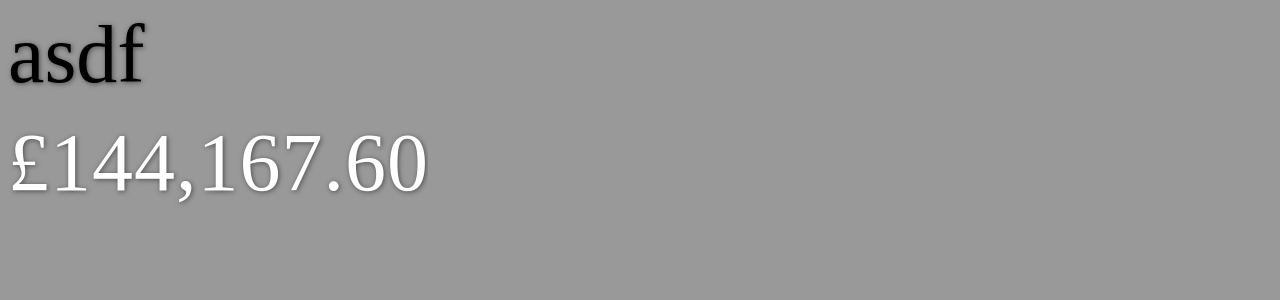
Repository: LOUISINTERNET/bounty
Page: examples/index.html
These files come from the project's save history. The page is drawn as it stood at one moment and after the next save; the edit follows.
The browser window is 1280 px wide. The pictures show the whole page.
Some web fonts or font styles are not loaded; a fallback is used.

Above is the page before, as saved 2022-01-25 11:05:02.

### examples/index.html
<!doctype html>
<html lang="en">

<head>
  <meta charset="utf-8">
  <title>bounty</title>
  <meta http-equiv="X-UA-Compatible" content="IE=edge,chrome=1">
  <meta name="author" content="Coderitual">
  <meta name="description" content="Canvas 2d odometer effect">
  <meta name="viewport" content="width=device-width, minimum-scale=1.0, initial-scale=1.0, user-scalable=yes">
  <style type="text/css">
    @font-face {
      font-family: 'ITV Reem';
      src: url(assets/itvreem.woff) format('woff');
    }

    @font-face {
      font-family: 'WH Hoxton';
      src: url(assets/WHHoxtonWeb-Regular.woff) format('woff');
    }

    body {
      background-color: #999;
      font-family: 'WH Hoxton';
      font-size: 82px;
      text-shadow: 1px 1px 5px rgba(0, 0, 0, 0.5);
      fill: #fff;
    }
  </style>
</head>

<body>
  asdf
  <div class="js-bounty"></div>
  <script src="../lib/bounty.js"></script>
  <script>
    bounty.default({ el: '.js-bounty', value: '£144,167.60' })
  </script>
</body>

</html>

Loaded but not shown: lib/bounty.js (library)

After the next save:
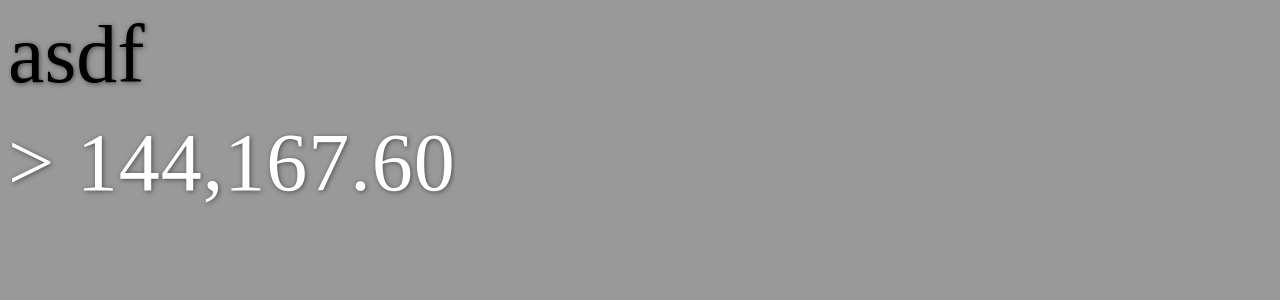
Saved 47 s later.
--- a/examples/index.html
+++ b/examples/index.html
@@ -34,7 +34,7 @@
   <div class="js-bounty"></div>
   <script src="../lib/bounty.js"></script>
   <script>
-    bounty.default({ el: '.js-bounty', value: '£144,167.60' })
+    bounty.default({ el: '.js-bounty', value: '> 144,167.60' })
   </script>
 </body>
 
